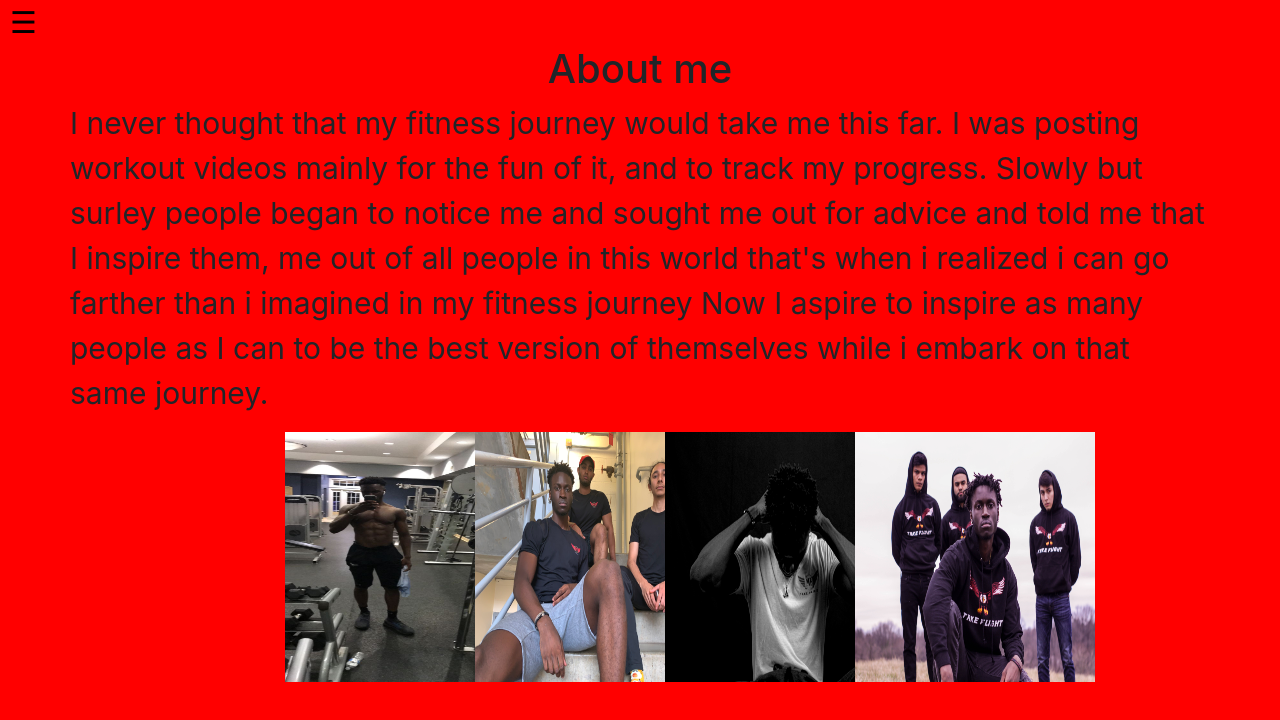
Repository: mamadont/MamadouFitnessWebsite
Page: pages-html/about-me.html
These files come from the project's save history. The page is drawn as it stood at one moment and after the next save; the edit follows.
The browser window is 1280 px wide. The pictures show the whole page.
Some web libraries are served in a nearby version.

Above is the page before, as saved 2020-07-09 00:17:27.

After the next save:
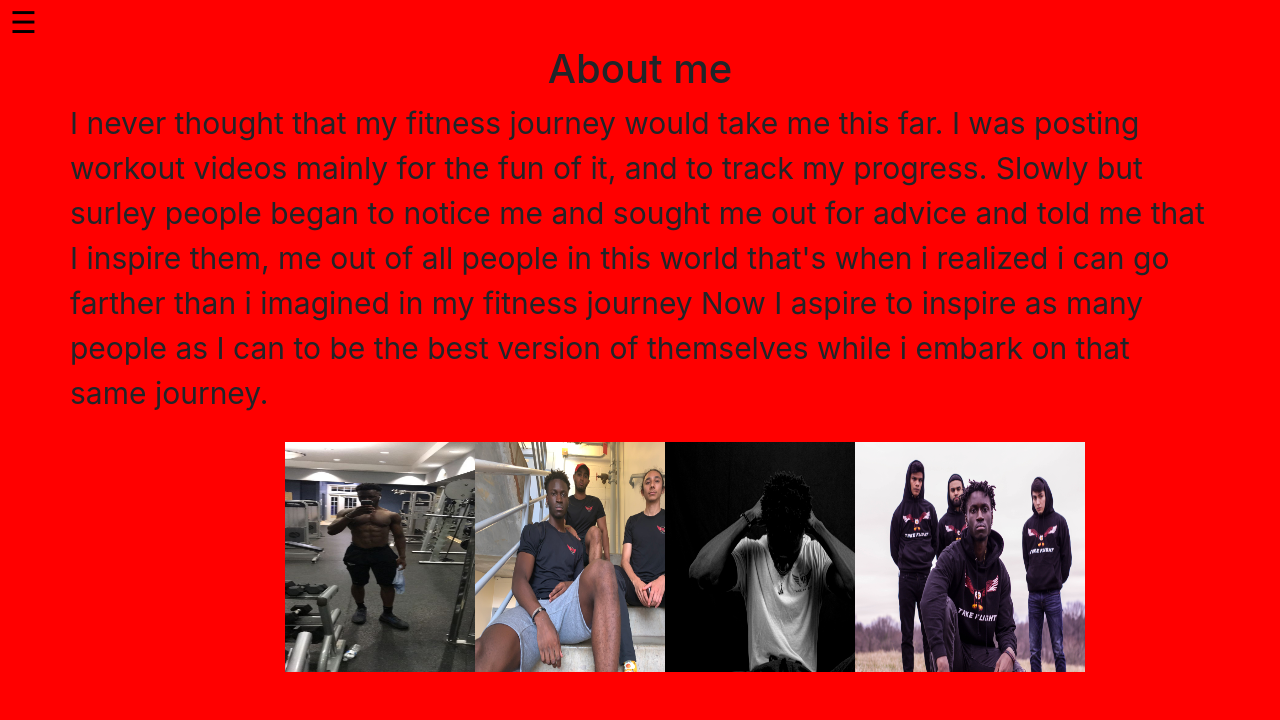
Saved 9 s later.
--- a/pages-css/about-me.css
+++ b/pages-css/about-me.css
@@ -104,7 +104,7 @@ p {
 img {
     height: 250px;
     width: 250px;
-    padding-left: 10px;
+    padding: 10px;
 }
 
 #header {
